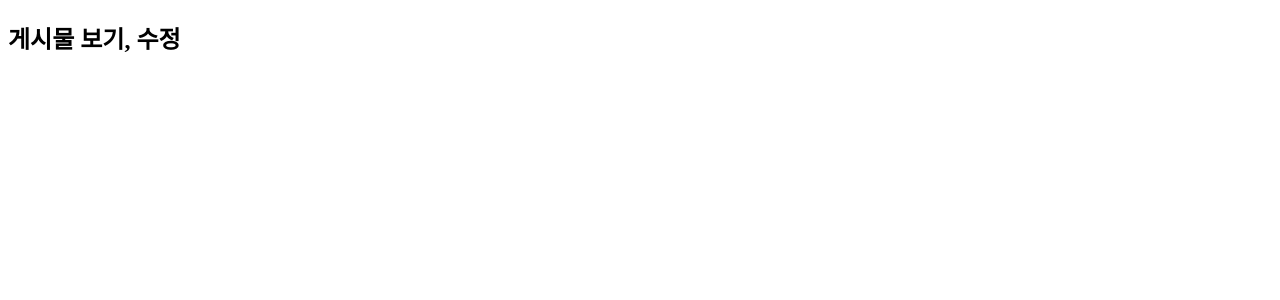
Repository: Park147/Django_class
Page: Djangohjm/Gasipan/pyboard/board/templates/board/detail.html
These files come from the project's save history. The page is drawn as it stood at one moment and after the next save; the edit follows.
The browser window is 1280 px wide. The pictures show the whole page.

Above is the page before, as saved 2023-07-19 00:49:03.

### Djangohjm/Gasipan/pyboard/board/templates/board/detail.html
<!DOCTYPE html>
<html>
<head>
<meta charset="UTF-8">
<title>Insert title here</title>
</head>
<body>
<h2>게시물 보기, 수정</h2>
<form method="post" name="form1" enctype=multipart/form-data>


</form>
</body>
</html>

After the next save:
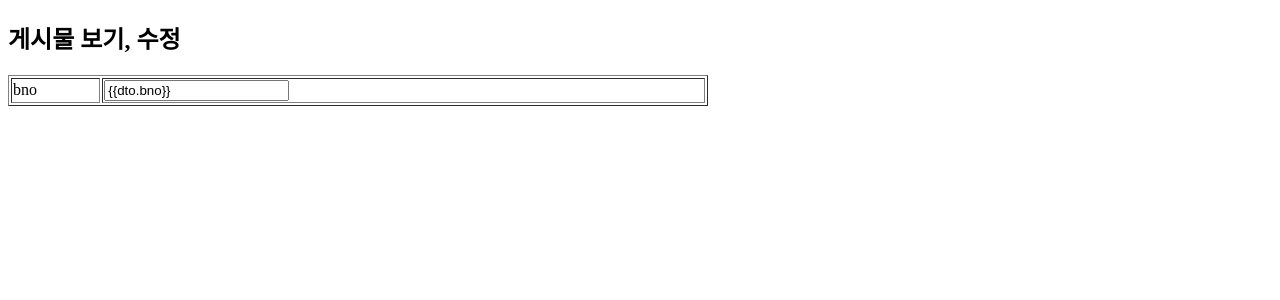
Saved 2 min 38 s later.
--- a/Djangohjm/Gasipan/pyboard/board/templates/board/detail.html
+++ b/Djangohjm/Gasipan/pyboard/board/templates/board/detail.html
@@ -7,7 +7,11 @@
 <body>
 <h2>게시물 보기, 수정</h2>
 <form method="post" name="form1" enctype=multipart/form-data>
-
+<table border="1" width="700">
+<tr>
+<td>bno</td><td><input type="text" name="bno" value="{{dto.bno}}"></td>
+</tr>
+</table>
 
 </form>
 </body>
